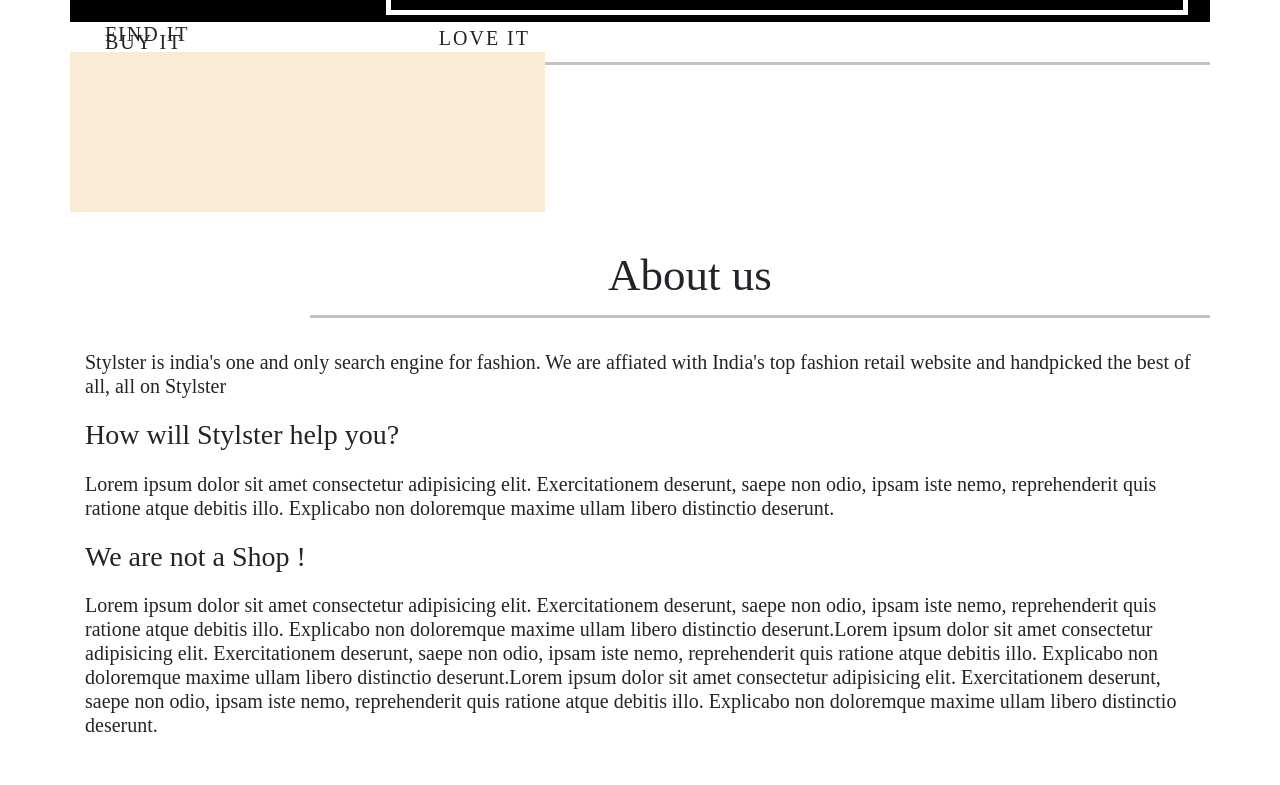
Repository: Lovekr/stylester
Page: stylster_frontend_design/about.html
An editor plug-in stored every save of this project. The page is shown before and after the next save, followed by the edit.
The browser window is 1280 px wide. The pictures show the part of the page from y = 1644 to 2429 px (the page is 3820 px tall).
Pictures or frames that could not be fetched are drawn as grey boxes. Some web fonts or font styles are not loaded; a fallback is used.

Above is the page before, as saved 2020-03-04 14:41:16.

After the next save:
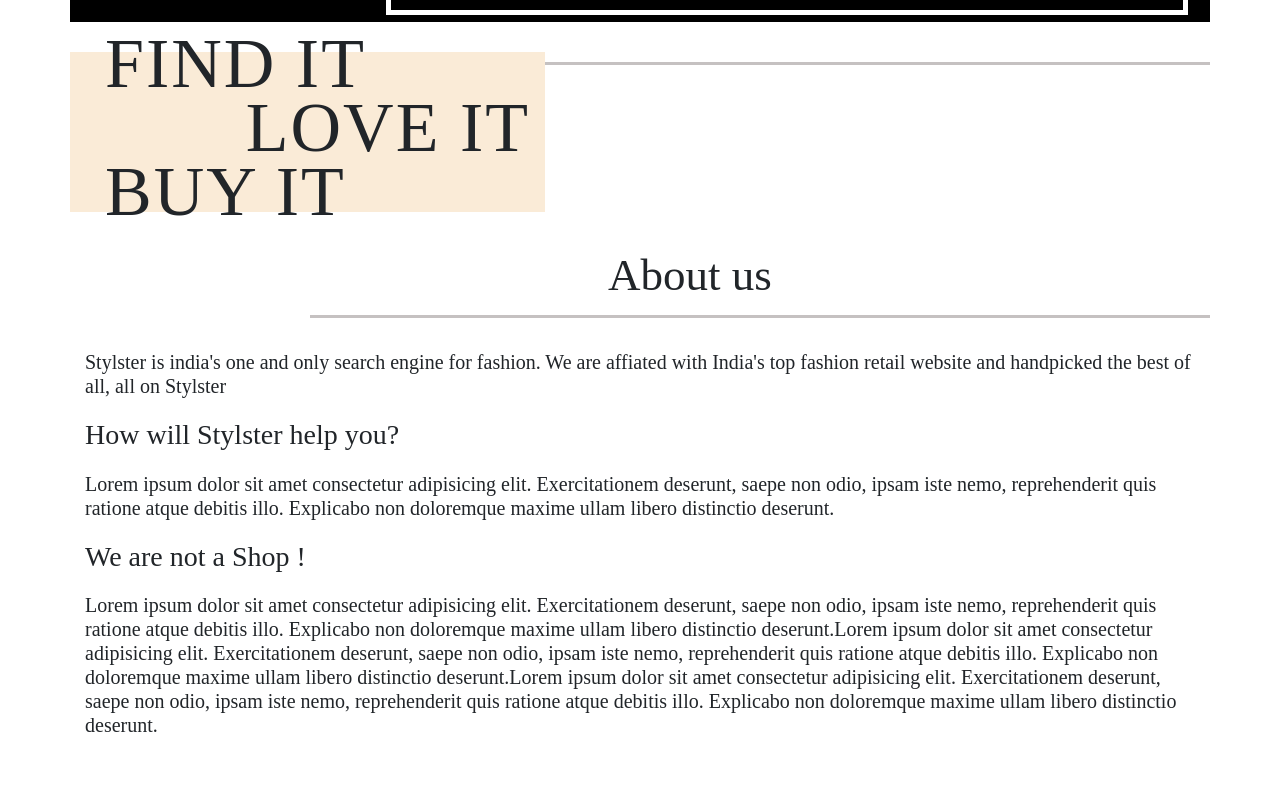
Saved 55 s later.
--- a/stylster_frontend_design/css/about.css
+++ b/stylster_frontend_design/css/about.css
@@ -671,7 +671,7 @@
         margin-top: 0px;
     }
 }
-.find .fonth1 {
+/* .find .fonth1 {
     font-size: 20px;
 }
 .find .fontmid {
@@ -680,4 +680,4 @@
 .find .fontlast {
     font-size: 20px;
 
-}
+} */

After the save that followed:
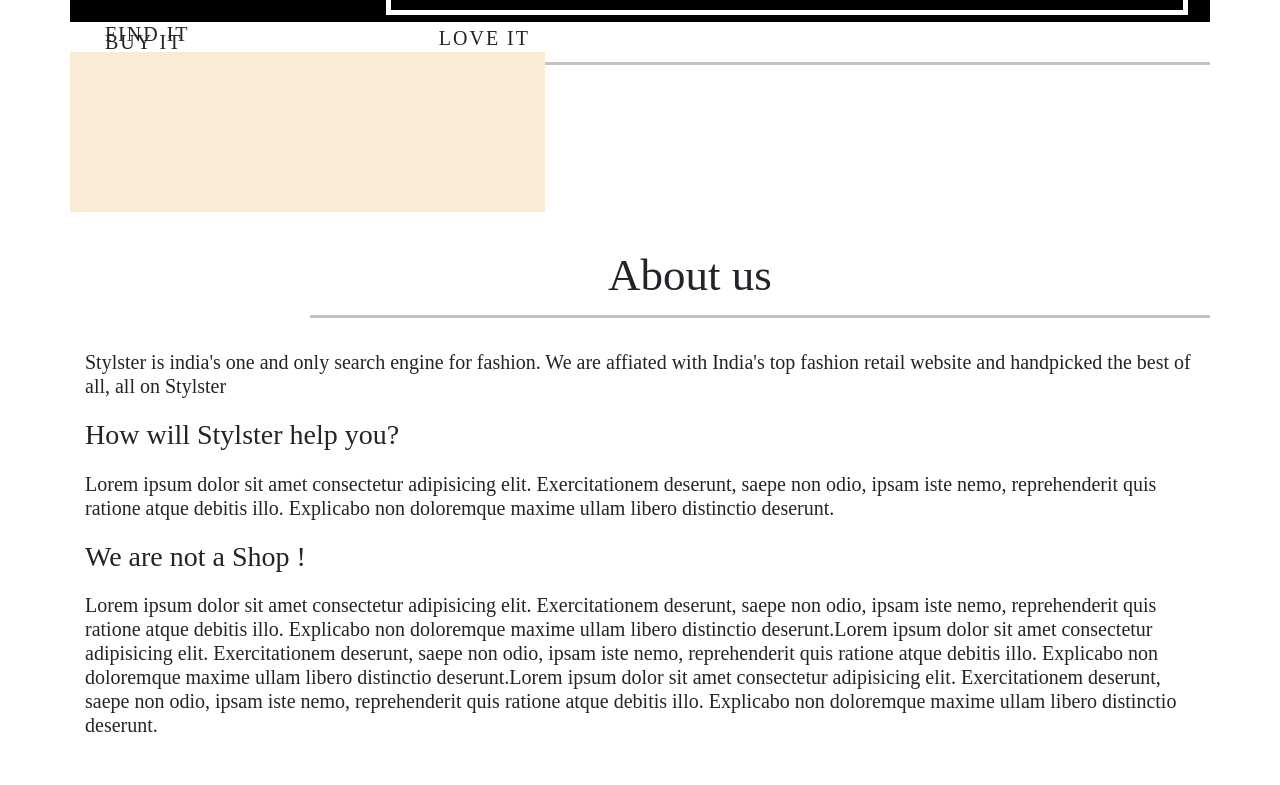
Saved 6 min 40 s later.
--- a/stylster_frontend_design/css/about.css
+++ b/stylster_frontend_design/css/about.css
@@ -671,7 +671,7 @@
         margin-top: 0px;
     }
 }
-/* .find .fonth1 {
+ .find .fonth1 {
     font-size: 20px;
 }
 .find .fontmid {
@@ -680,4 +680,4 @@
 .find .fontlast {
     font-size: 20px;
 
-} */
+}
